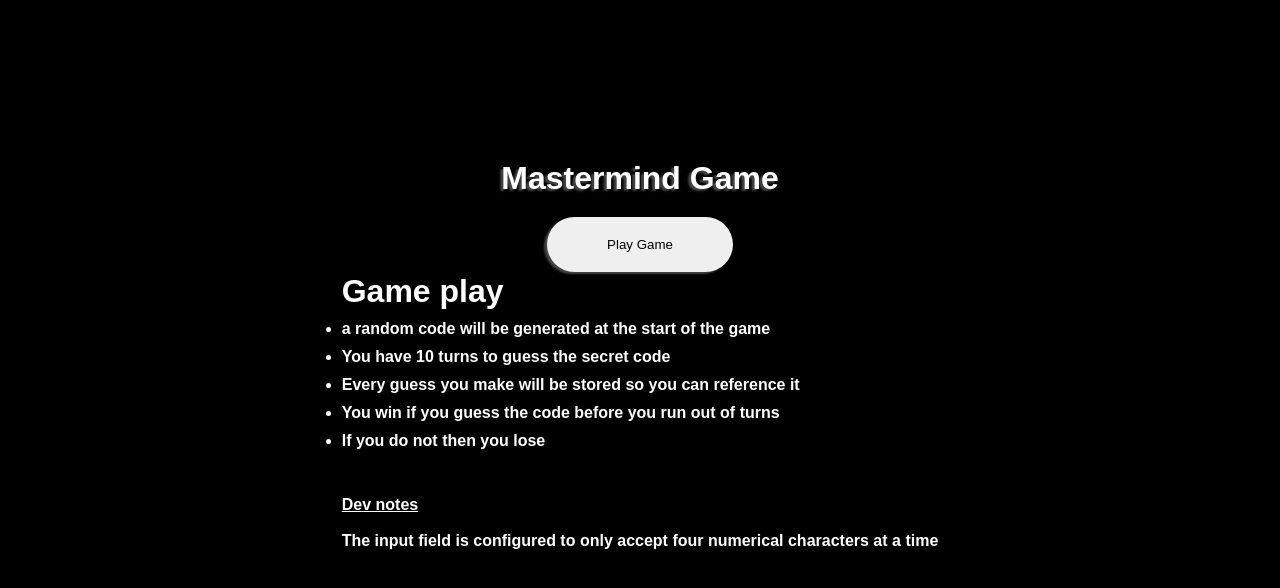
Repository: programmer686/Mastermind-with-Next.js
Page: /
These files come from the project's save history. The page is drawn as it stood at one moment and after the next save; the edit follows.
The browser window is 1280 px wide. The pictures show the whole page.
The project was rebuilt for these pictures with package versions that can differ from the ones it lists, and the page was loaded fresh each time. The framework's server and built-in components were replaced by stand-ins that run in the browser. Also part of the build but not shown: next.config.js, src/styles/GameBoard.module.css, src/styles/PastPlay.module.css, src/comps/PastPlay.js, src/styles/GamePlay.module.css, src/comps/Logic.js, src/styles/Results.module.css, src/comps/Results.js and 3 more.

Above is the page before, as saved 2023-07-18 20:43:25.

### src/pages/index.js

import Head from 'next/head'
import Image from 'next/image'
import { Inter } from 'next/font/google'
import styles from '@/styles/Home.module.css'
import StartScreen from '@/comps/StartScreen'
import { useState } from 'react'
import GameBoard from '@/comps/GameBoard'

const inter = Inter({ subsets: ['latin'] })

export default function Home() {
  const [startGame, setStartGame] = useState(true);

  function handleStart() {
    setStartGame(prev => prev ? prev == false : prev == prev);
  }
  return (
    <>
      <Head>
        <title>Create Next App</title>
        <meta name="description" content="Generated by create next app" />
        <meta name="viewport" content="width=device-width, initial-scale=1" />
        <link rel="icon" href="/favicon.ico" />
      </Head>
     <main className={styles.index__body}>
        {startGame ? <StartScreen handleStart={handleStart}/> : <GameBoard/>}
     </main>
    </>
  )
}

### src/styles/Home.module.css


.index__body {
  margin: 0;
  padding: 0;
  box-sizing: border-box;
  width: 100vw;
  height: 100vh;
  background-color: black;
}

### src/comps/StartScreen.js
import styles from '@/styles/StartScreen.module.css'

export default function StartScreen(props) {
    return (
        <main className={styles.startscreen__body}>
            <p className={styles.startscreen__game_name}>Mastermind Game</p>
            <button onClick={props.handleStart} className={styles.startscreen__play_button}>Play Game</button>
            <div className={styles.startscreen__game_fules_container}>
                <ul >
                    <h1 className={styles.startscreen__game_fules_li}>Game play</h1>
                    <li className={styles.startscreen__game_fules_li}>a random code will be generated at the start of the game</li>
                    <li className={styles.startscreen__game_fules_li}>You have 10 turns to guess the secret code</li>
                    <li className={styles.startscreen__game_fules_li}>Every guess you make will be stored so you can reference it</li>
                    <li className={styles.startscreen__game_fules_li}>You win if you guess the code before you run out of turns</li>
                    <li className={styles.startscreen__game_fules_li}>If you do not then you lose</li><br/><br/>
                    <p className={styles.startscreen__game_fules_li}><u>Dev notes</u><br/><br/>
                    The input field is configured to only accept four numerical characters at a time
                    </p>
                </ul>
            </div>
        </main>
    )
}

### src/styles/StartScreen.module.css
.startscreen__body {
    width: 100vw;
    height: 100vh;
    display: flex;
    flex-direction: column;
    align-items: center;
    justify-content: center;
}

.startscreen__play_button {
    max-width: 300px;
    padding: 20px 60px;
    border: none;
    border-radius: 40px;
    box-shadow: -3px 2px 2px rgb(68, 68, 68);
    margin-top: 10px;

}

.startscreen__game_name {
    font-size: 2rem;
    font-weight: bolder;
    font-family: Arial, Helvetica, sans-serif;
    margin-bottom: 10px;
    text-shadow: -3px 2px 2px rgb(68, 68, 68);
    color: white;
}

.startscreen__game_fules_container {
    width: 60vw;
    height: 40vh;
    display: flex;
    flex-direction: column;
    align-items: center;
    justify-content: center;

}

.startscreen__game_fules_li {
    font-weight: bolder;
    font-family: Arial, Helvetica, sans-serif;
    margin-bottom: 10px;
    color: white;
}

Loaded but not shown: src/pages/_app.js (common file); src/pages/_document.js (common file); src/styles/globals.css (common file)

After the next save:
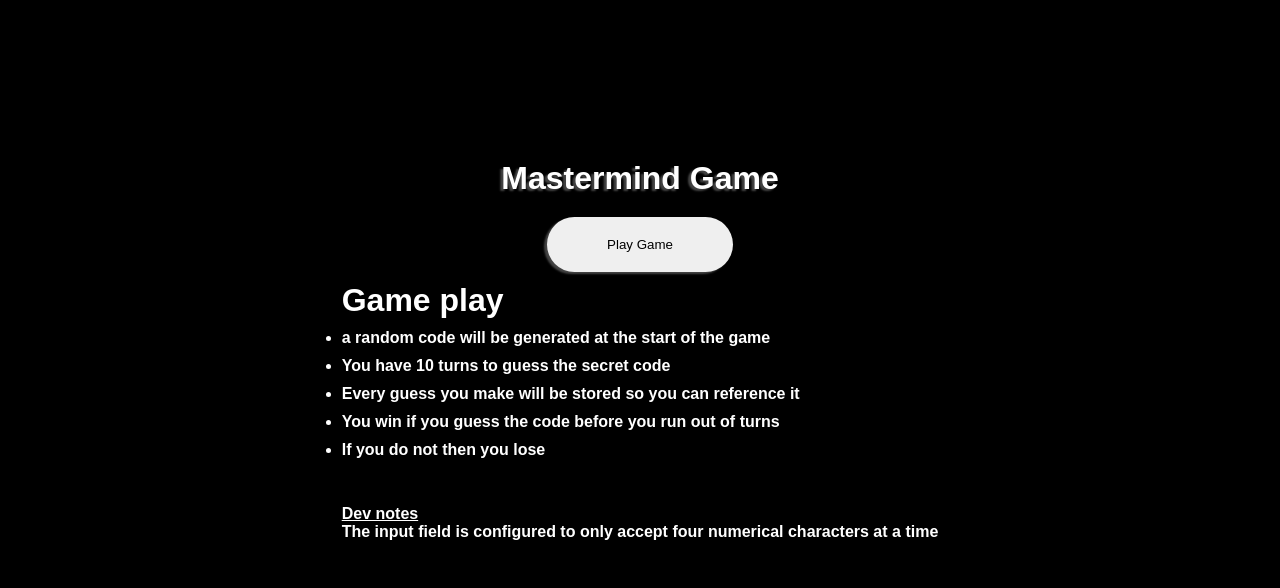
Saved 10 s later.
--- a/src/comps/StartScreen.js
+++ b/src/comps/StartScreen.js
@@ -13,7 +13,7 @@ export default function StartScreen(props) {
                     <li className={styles.startscreen__game_fules_li}>Every guess you make will be stored so you can reference it</li>
                     <li className={styles.startscreen__game_fules_li}>You win if you guess the code before you run out of turns</li>
                     <li className={styles.startscreen__game_fules_li}>If you do not then you lose</li><br/><br/>
-                    <p className={styles.startscreen__game_fules_li}><u>Dev notes</u><br/><br/>
+                    <p className={styles.startscreen__game_fules_li}><u>Dev notes</u><br/>
                     The input field is configured to only accept four numerical characters at a time
                     </p>
                 </ul>
